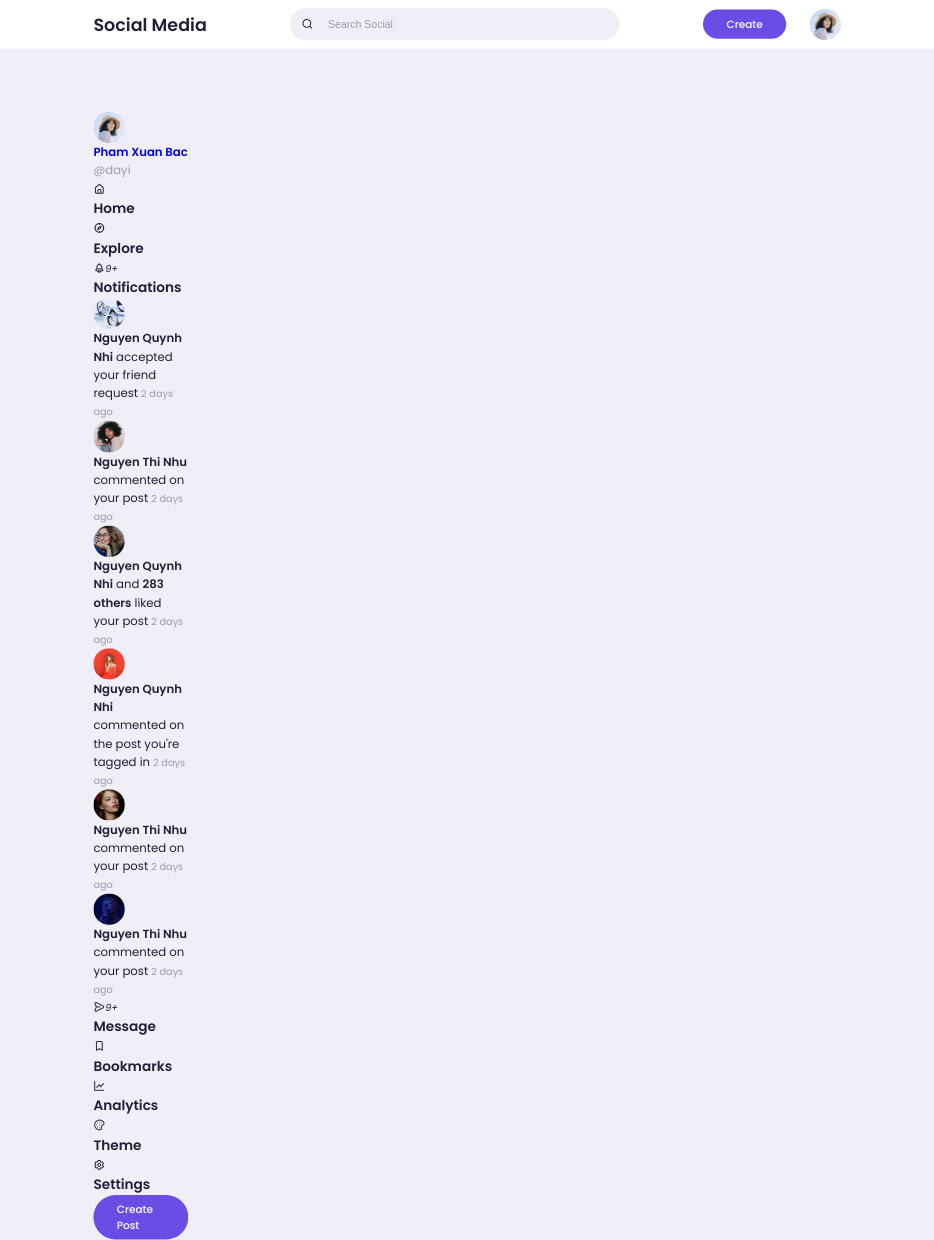
Repository: northpx/socialMedia
Page: index.html
These files come from the project's save history. The page is drawn as it stood at one moment and after a run of saves; the edit follows.
The browser window is 1280 px wide. The pictures show the whole page, at 73% of full size.

Above is the page before, as saved 2023-03-07 17:18:52.

### index.html
<!DOCTYPE html>
<html lang="en">
<head>
    <meta charset="UTF-8">
    <meta http-equiv="X-UA-Compatible" content="IE=edge">
    <meta name="viewport" content="width=device-width, initial-scale=1.0">
    <link rel="stylesheet" href="/css/style.css">
    <link rel="stylesheet" href="https://unicons.iconscout.com/release/v4.0.0/css/line.css">
    <title>Social Media</title>
</head>
<body>
    <nav>
        <div class="container">
            <h2 class="logo">
                Social Media
            </h2>
            <div class="search-bar">
                <i class="uil uil-search"></i>
                <input type="search" placeholder="Search Social">
            </div>
            <div class="create">
                <label for="create-post" class="btn btn-primary">Create</label>
                <div class="profile-picture">
                    <img src="./images/profile-1.jpg" alt="">
                </div>
            </div>
        </div>
    </nav>

    <main>
        <div class="container">
            <!-- ===========LEFT================ -->
            <div class="left">
                <a href="#" class="profile">
                    <div class="profile-picture">
                        <img src="./images/profile-1.jpg" alt="">
                    </div>
                    <div class="handle">
                        <h4>Pham Xuan Bac</h4>
                        <p class="text-muted">
                            @dayi
                        </p>
                    </div>
                </a>
                <!-- =================SIDEBAR=========== -->
                <div class="sidebar">
                    <a class="menu-item active">
                        <span><i class="uil uil-estate"></i></span><h3>Home</h3>
                    </a>
                    <a class="menu-item">
                        <span><i class="uil uil-compass"></i></span><h3>Explore</h3>
                    </a>
                    <a class="menu-item" id="notifications">
                        <span><i class="uil uil-bell"><small class="notifications-count">9+</small></i></span><h3>Notifications</h3>
                        <!-- -----notification popup----- -->
                        <div class="notification-popup">
                            <div>
                                <div class="profile-picture">
                                    <img src="./images/profile-2.jpg" alt="">
                                </div>
                                <div class="notification-body">
                                    <b>Nguyen Quynh Nhi</b> accepted your friend request
                                    <small class="text-muted">2 days ago</small>
                                </div>
                            </div>
                            <div>
                                <div class="profile-picture">
                                    <img src="./images/profile-3.jpg" alt="">
                                </div>
                                <div class="notification-body">
                                    <b>Nguyen Thi Nhu</b> commented on your post
                                    <small class="text-muted">2 days ago</small>
                                </div>
                            </div>
                            <div>
                                <div class="profile-picture">
                                    <img src="./images/profile-4.jpg" alt="">
                                </div>
                                <div class="notification-body">
                                    <b>Nguyen Quynh Nhi</b> and <b>283 others</b> liked your post
                                    <small class="text-muted">2 days ago</small>
                                </div>
                            </div>
                            <div>
                                <div class="profile-picture">
                                    <img src="./images/profile-5.jpg" alt="">
                                </div>
                                <div class="notification-body">
                                    <b>Nguyen Quynh Nhi</b> commented on the post you're tagged in
                                    <small class="text-muted">2 days ago</small>
                                </div>
                            </div>
                            <div>
                                <div class="profile-picture">
                                    <img src="./images/profile-6.jpg" alt="">
                                </div>
                                <div class="notification-body">
                                    <b>Nguyen Thi Nhu</b> commented on your post
                                    <small class="text-muted">2 days ago</small>
                                </div>
                            </div>
                            <div>
                                <div class="profile-picture">
                                    <img src="./images/profile-7.jpg" alt="">
                                </div>
                                <div class="notification-body">
                                    <b>Nguyen Thi Nhu</b> commented on your post
                                    <small class="text-muted">2 days ago</small>
                                </div>
                            </div>
                            <!-- end notifications popup -->
                        </div>
                    </a>
                    <a class="menu-item" id="message-notifications">
                        <span><i class="uil uil-message"><small class="notifications-count">9+</small></i></span><h3>Message</h3>
                    </a>
                    <a class="menu-item">
                        <span><i class="uil uil-bookmark"></i></span><h3>Bookmarks</h3>
                    </a>
                    <a class="menu-item">
                        <span><i class="uil uil-chart-line"></i></span><h3>Analytics</h3>
                    </a>
                    <a class="menu-item">
                        <span><i class="uil uil-palette"></i></span><h3>Theme</h3>
                    </a>
                    <a class="menu-item">
                        <span><i class="uil uil-setting"></i></span><h3>Settings</h3>
                    </a>
                </div>

                <label for="creat-post" class="btn btn-primary">Create Post</label>
            </div>
            <!-- ===============MIDDLE============== -->
            <div class="middle">

            </div>
            <!-- ==============RIGHT============== -->
            <div class="right">

            </div>
        </div>
    </main>
</body>
</html>

### css/style.css
@import url("https://fonts.googleapis.com/css2?family=Poppins:ital,wght@0,400;0,500;0,600;1,400;1,500;1,600&family=Roboto:ital,wght@0,100;0,300;0,400;0,500;0,700;0,900;1,100;1,300;1,400;1,500;1,700;1,900&display=swap");
:root {
  --color-white: hsl(252,30%,100%);
  --color-light: hsl(252,30%,95%);
  --color-gray: hsl(252,15%,65%);
  --color-primary: hsl(252,75%,60%);
  --color-secondary: hsl(252,100%,90%);
  --color-success: hsl(120,95%,65%);
  --color-danger: hsl(0,95%,65%);
  --color-dark: hsl(252,30%,17%);
  --color-black: hsl(252,30%,10%);
  --border-radius: 2rem;
  --card-border-radius: 1rem;
  --btn-padding: 0.6rem 2rem;
  --search-padding: 0.6rem 1rem;
  --card-padding: 1rem;
  --sticky-top-left: 5.4rem;
  --sticky-top-right: -18rem;
}

*, *::before, *::after {
  margin: 0;
  padding: 0;
  outline: 0;
  box-sizing: border-box;
  text-decoration: none;
  list-style: none;
  border: none;
}

body {
  font-family: "Poppins", sans-serif;
  color: var(--color-dark);
  background: var(--color-light);
  overflow-x: hidden;
}

.container{
    width: 80%;
    margin: 0 auto;
}

.profile-picture{
    width: 2.7rem;
    aspect-ratio: 1/1;
    border-radius: 50%;
    overflow: hidden;
}

img{
    display: block;
    width: 100%;
}

.btn{
    display:  inline-block;
    padding: var(--btn-padding);
    font-weight: 500;
    border-radius: var(--border-radius);
    cursor: pointer;
    transition: all .3s ease;
    font-size: 0.9rem;
}

.btn:hover{
    opacity: 0.8;
}

.btn-primary{
    background: var(--color-primary);
    color: white;
}

.text-bold{
    font-weight: 500;
}

.text-muted{
    color: var(--color-gray);
}

nav{
    width: 100%;
    background: var(--color-white);
    padding: 0.7rem 0;
    top: 0;
    z-index: 10;
}

nav .container{
    display: flex;
    align-items: center;
    justify-content: space-between;
}

nav .search-bar{
    background: var(--color-light);
    border-radius: var(--border-radius);
    padding: var(--search-padding);
}

nav .search-bar input[type="search"]{
    background: transparent;
    width: 30vw;
    margin-left: 1rem;
    font-size: 0.9rem;
    color: var(--color-dark);
}

nav .search-bar input[type="search"]::placeholder{
    color: var(--color-gray);

}

nav .create{
    display: flex;
    align-items: center;
    gap: 2rem;
}

/* main */
main{
    position: relative;
    top: 5.4rem;
}

main .container{
    display: grid;
    grid-template-columns: 18vh auto 20vw;
    column-gap: 2rem;
    position: relative;
}

/* left */
main .container .left{
    height: max-content;
    position: sticky;
    top: var(--sticky-top-left);
}

main .container .left .profile{
    pa
}

After the next 13 saves:
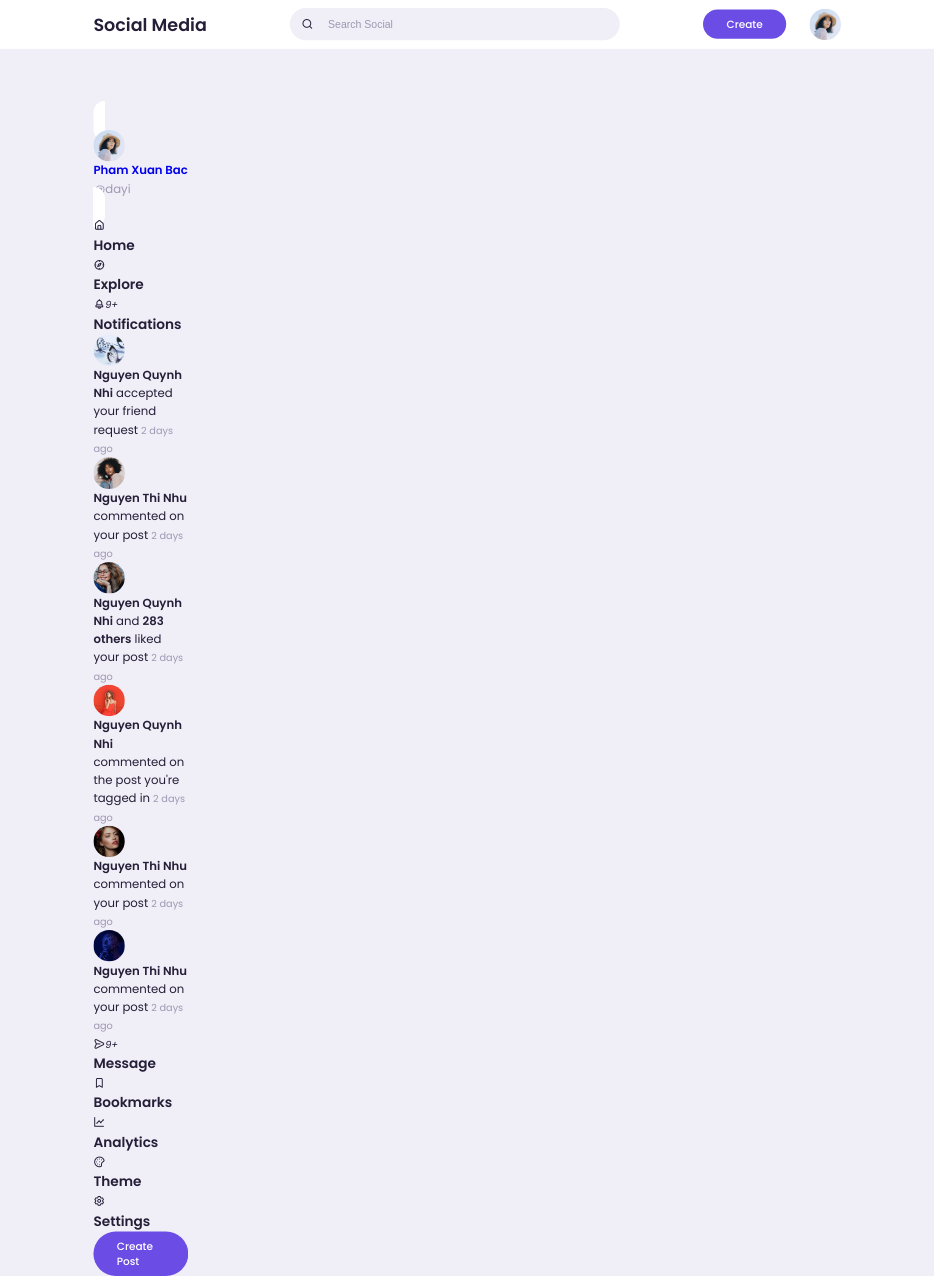
The 13 saves are shown as one change because they came seconds apart.
The last was saved 24 s later.
--- a/css/style.css
+++ b/css/style.css
@@ -139,5 +139,7 @@ main .container .left{
 }
 
 main .container .left .profile{
-    pa
+    padding: var(--card-padding);
+    background: var(--color-white);
+    border-radius: var(--card-border-radius);
 }
